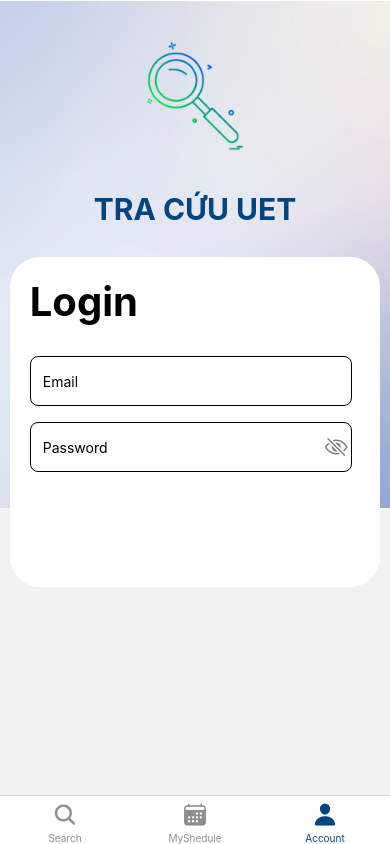
Repository: nguyenkhackien/Student-Progress-Tracker-
Screen: /Account (app in MyApp/)
These files come from the project's save history. The screen is drawn as it stood at one moment and after a run of saves; the edit follows.
The app was drawn by React Native's web renderer in a window 390 px wide. The project was rebuilt for these pictures with package versions that can differ from the ones it lists, and the page was loaded fresh each time. Also part of the build but not shown: MyApp/src/components/MyScheduleScreen.js.

Above is the screen before, as saved 2024-07-21 21:58:17.

### MyApp/App.js
import { createBottomTabNavigator } from "@react-navigation/bottom-tabs"
import { StatusBar } from "react-native"
import { Platform, SafeAreaView, StyleSheet, Text, View } from "react-native"
import AccountScreen from "./src/components/AccountScreen"
import MyScheduleScreen from "./src/components/MyScheduleScreen"
import SearchScreen from "./src/components/SearchSreen"
import { NavigationContainer } from "@react-navigation/native"
import { primaryColor } from "./src/Constants/Color"
import { Ionicons } from "@expo/vector-icons"

const Tab = createBottomTabNavigator()
const screenOptions = {
    headerShown: false,
    tabBarActiveTintColor: primaryColor,
}
export default function App() {
    return (
        <SafeAreaView style={styles.root}>
            <NavigationContainer>
                <Tab.Navigator screenOptions={screenOptions}>
                    <Tab.Screen
                        name="Search"
                        component={SearchScreen}
                        options={{
                            tabBarIcon: ({ focus, color, size }) => {
                                return (
                                    <Ionicons
                                        name={"search"}
                                        size={size}
                                        color={color}
                                    />
                                )
                            },
                        }}
                    />
                    <Tab.Screen
                        name="MyShedule"
                        component={MyScheduleScreen}
                        options={{
                            tabBarIcon: ({ focus, color, size }) => {
                                return (
                                    <Ionicons
                                        name={"calendar"}
                                        size={size}
                                        color={color}
                                    />
                                )
                            },
                        }}
                    />
                    <Tab.Screen
                        name="Account"
                        component={AccountScreen}
                        options={{
                            tabBarIcon: ({ focus, color, size }) => {
                                return (
                                    <Ionicons
                                        name={"person"}
                                        size={size}
                                        color={color}
                                    />
                                )
                            },
                        }}
                    />
                </Tab.Navigator>
            </NavigationContainer>
        </SafeAreaView>
    )
}
const styles = StyleSheet.create({
    root: {
        flex: 1,
        paddingTop: Platform.OS === "android" ? StatusBar.currentHeight : 1,
    },

})

### MyApp/src/components/AccountScreen.js
import { StyleSheet, Text, View } from "react-native"
import LoginScreen from "./LoginScreen"
export default function AccountScreen() {
    return (
        <LoginScreen/>
    )
}
const style = StyleSheet.create({

})

### MyApp/src/components/SearchSreen.js
import { StyleSheet, Text, View } from "react-native"

export default function SearchScreen() {
    return (
        <View>
            <Text> Search screen</Text>
        </View>
    )
}

### MyApp/src/Constants/Color.js
export const primaryColor = "#004580"

### MyApp/src/components/LoginScreen.js
import React, { useState } from "react"
import {
    View,
    Text,
    Image,
    TextInput,
    TouchableOpacity,
    ImageBackground,
} from "react-native"
import { Ionicons } from "@expo/vector-icons"
import { primaryColor } from "../Constants/Color"

const LoginScreen = () => {
    const [Email, setEmail] = useState("")
    const [password, setPassword] = useState("")
    const [passwordVisible, setPasswordVisible] = useState(false)

    const togglePasswordVisibility = () => {
        setPasswordVisible(!passwordVisible)
    }

    return (
        <View>
            <ImageBackground
                source={require("../../assets/bgc.png")}
                style={{ width: "100%", height: "100%" }}
            >
                <View style={styles.container}>
                    <Image
                        source={require("../../assets/logo.png")}
                        style={styles.logoIcon}
                    />
                    <Text style={styles.title}>TRA CỨU UET</Text>
                    <View style={styles.loginContainer}>
                        <Text style={styles.title}>
                            <Text style={{fontSize:40,color:'black'}}>Login</Text>
                        </Text>
                        <View style={styles.inputContainer}>
                            <TextInput
                                style={styles.input}
                                onChangeText={setEmail}
                                value={Email}
                                placeholder="Email"
                            />
                        </View>
                        <View style={styles.inputContainer}>
                            <TextInput
                                style={styles.input}
                                onChangeText={setPassword}
                                value={password}
                                placeholder="Password"
                                secureTextEntry={!passwordVisible}
                            />
                            <TouchableOpacity
                                onPress={togglePasswordVisibility}
                                style={styles.eyeIcon}
                            >
                                <Ionicons
                                    name={
                                        passwordVisible
                                            ? "eye-outline"
                                            : "eye-off-outline"
                                    }
                                    size={24}
                                    color="grey"
                                />
                            </TouchableOpacity>
                        </View>
                    </View>
                </View>
            </ImageBackground>
        </View>
    )
}

const styles = {
    container: {
        flex: 1,
        alignItems:'center',
    },
    title: {
        fontSize: 30,
        fontWeight: "bold",
        marginBottom: 30,
        color:primaryColor,
    },
    logoIcon: {
        width: 150,
        height: 150,
        marginVertical:20,
    },
    loginContainer: {
        width: '95%',
        height:'65%',
        padding: 20,
        backgroundColor: 'white',
        borderRadius:30,
    },
    inputContainer: {
        flexDirection: "row",
        alignItems: "center",
        marginBottom: 16,
    },
    input: {
        flex: 1,
        height: 50,
        borderWidth: 1,
        borderRadius: 8,
        paddingHorizontal: 12,
        marginRight: 8,
    },
    phoneIcon: {
        position: "absolute",
        right: 12,
    },
    eyeIcon: {
        position: "absolute",
        right: 12,
    },
}

export default LoginScreen

After the next 6 saves:
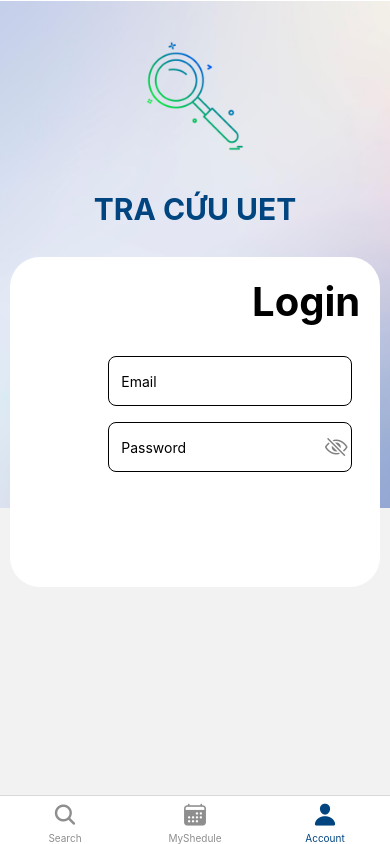
The 6 saves are shown as one change because 1 did not build or start and some came seconds apart.
The last was saved 2 min 36 s later.
--- a/MyApp/src/components/LoginScreen.js
+++ b/MyApp/src/components/LoginScreen.js
@@ -91,7 +91,8 @@
     },
     loginContainer: {
         width: '95%',
-        height:'65%',
+        height: '65%',
+        alignItems:'end',
         padding: 20,
         backgroundColor: 'white',
         borderRadius:30,

After the 3 saves that followed:
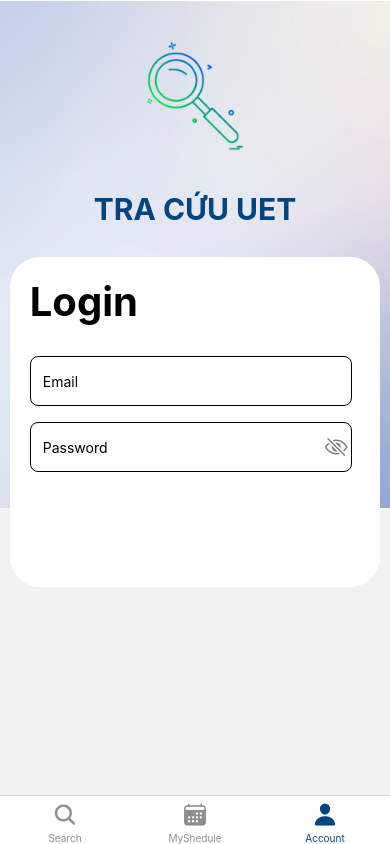
The 3 saves are shown as one change because 1 left the picture as it was and some came seconds apart.
The last was saved 66 s later.
--- a/MyApp/src/components/LoginScreen.js
+++ b/MyApp/src/components/LoginScreen.js
@@ -92,7 +92,6 @@
     loginContainer: {
         width: '95%',
         height: '65%',
-        alignItems:'end',
         padding: 20,
         backgroundColor: 'white',
         borderRadius:30,
